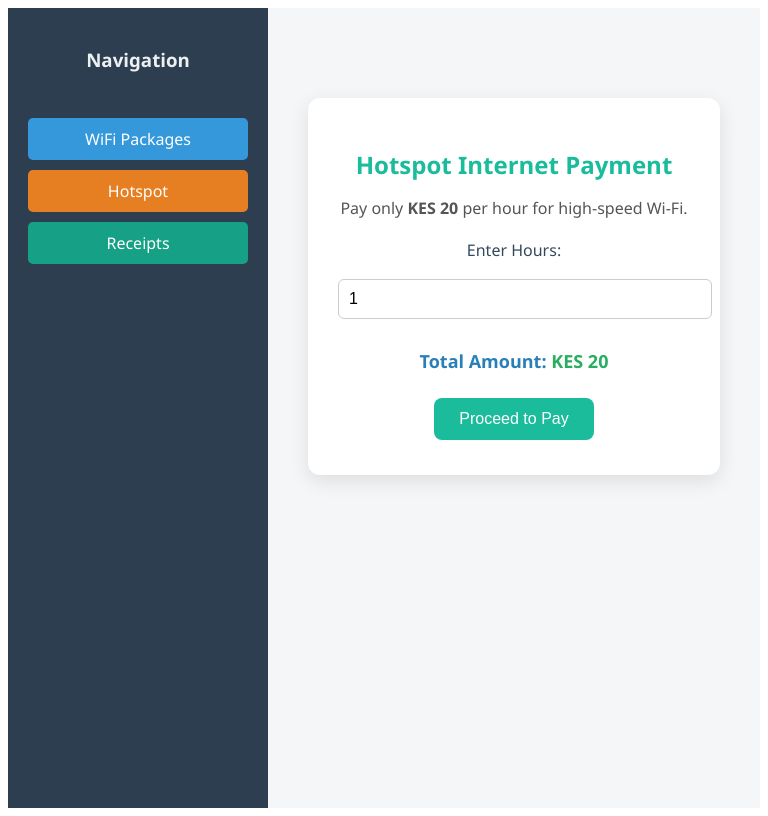
Repository: rachel648/system_Bill
Page: /hotspot (app in client/)
The author's editor kept a copy of each file at every save. The page is drawn from the files as they stood at one save, then again after the next save.
The browser window is 768 px wide. The pictures show the whole page.
The project was rebuilt for these pictures with package versions that can differ from the ones it lists, and the page was loaded fresh each time. Also part of the build but not shown: client/src/components/ServiceForm.js, client/src/Packages.js. Imported but missing from the stored project, and not drawn on this page: client/src/Receipts.

Above is the page before, as saved 2025-05-11 18:45:21.

### client/public/index.html
<!DOCTYPE html>
<html lang="en">
  <head>
    <meta charset="UTF-8" />
    <meta name="viewport" content="width=device-width, initial-scale=1.0"/>
    <title>Internet Billing System</title>
  </head>
  <body>
    <div id="root"></div>
    <!-- Add React scripts if not using Create React App -->
    <!-- <script src="https://unpkg.com/react@18/umd/react.development.js"></script>
    <script src="https://unpkg.com/react-dom@18/umd/react-dom.development.js"></script> -->
  </body>
</html>

### client/src/App.js
import React from 'react';
import { BrowserRouter as Router, Routes, Route, Link } from 'react-router-dom';
import ServiceForm from './components/ServiceForm';
import Packages from './Packages';
import Hotspot from './Hotspot';
import Receipts from './Receipts';
import './App.css';

const Navigation = () => (
  <div className="navigation">
    <h3>Navigation</h3>
    <ul>
      <li><Link to="/packages" className="link-wifi">WiFi Packages</Link></li>
      <li><Link to="/hotspot" className="link-hotspot">Hotspot</Link></li>
      <li><Link to="/receipts" className="link-receipts">Receipts</Link></li>
    </ul>
  </div>
);

const App = () => {
  return (
    <Router>
      <div>
        <Routes>
          <Route path="/" element={<ServiceForm />} />

          <Route
            path="/packages"
            element={
              <div className="app-container">
                <Navigation />
                <div className="main-content">
                  <Packages />
                </div>
              </div>
            }
          />

          <Route
            path="/hotspot"
            element={
              <div className="app-container">
                <Navigation />
                <div className="main-content">
                  <Hotspot />
                </div>
              </div>
            }
          />

          <Route
            path="/receipts"
            element={
              <div className="app-container">
                <Navigation />
                <div className="main-content">
                  <Receipts />
                </div>
              </div>
            }
          />
        </Routes>
      </div>
    </Router>
  );
};

export default App;

### client/src/Hotspot.js
import React, { useState } from 'react';
import './Hotspot.css';

const Hotspot = () => {
  const [hours, setHours] = useState(1);
  const [showModal, setShowModal] = useState(false);
  const ratePerHour = 20;
  const totalAmount = hours * ratePerHour;

  const handleInputChange = (e) => {
    const value = parseInt(e.target.value);
    if (!isNaN(value) && value >= 0) {
      setHours(value);
    } else {
      setHours(0);
    }
  };

  const handlePayClick = () => {
    if (hours > 0) {
      setShowModal(true);
    } else {
      alert("Please enter at least 1 hour.");
    }
  };

  const handleConfirmPayment = () => {
    setShowModal(false);
    alert(`Payment of KES ${totalAmount} for ${hours} hour(s) confirmed!`);
  };

  return (
    <div className="hotspot-container">
      <h2>Hotspot Internet Payment</h2>
      <p className="description">Pay only <strong>KES {ratePerHour}</strong> per hour for high-speed Wi-Fi.</p>

      <div className="input-group">
        <label htmlFor="hours">Enter Hours:</label>
        <input
          type="number"
          id="hours"
          value={hours}
          min="1"
          onChange={handleInputChange}
          placeholder="Number of hours"
        />
      </div>

      <div className="total-display">
        Total Amount: <span>KES {totalAmount}</span>
      </div>

      <button className="pay-btn" onClick={handlePayClick}>Proceed to Pay</button>

      {showModal && (
        <div className="modal">
          <div className="modal-content">
            <h3>Confirm Payment</h3>
            <p>You are about to pay <strong>KES {totalAmount}</strong> for <strong>{hours} hour(s)</strong> of hotspot access.</p>
            <button onClick={handleConfirmPayment}>Confirm</button>
            <button onClick={() => setShowModal(false)} style={{ backgroundColor: '#ccc', color: '#333' }}>Cancel</button>
          </div>
        </div>
      )}
    </div>
  );
};

export default Hotspot;

### client/src/App.css
/* Overall container for layout */
.app-container {
  display: flex;
  height: 100vh;
  font-family: 'Segoe UI', Tahoma, Geneva, Verdana, sans-serif;
}

/* Sidebar navigation */
.navigation {
  width: 220px;
  background-color: #2c3e50;
  padding: 20px;
  display: flex;
  flex-direction: column;
  align-items: center;
}

.navigation h3 {
  color: #ecf0f1;
  margin-bottom: 20px;
}

.navigation ul {
  list-style: none;
  padding: 0;
  width: 100%;
}

.navigation li {
  margin: 10px 0;
  width: 100%;
  text-align: center;
}

/* Unique colored links */
.link-wifi {
  background-color: #3498db; /* Blue */
  color: white;
  padding: 10px;
  display: block;
  text-decoration: none;
  border-radius: 5px;
}

.link-hotspot {
  background-color: #e67e22; /* Orange */
  color: white;
  padding: 10px;
  display: block;
  text-decoration: none;
  border-radius: 5px;
}

.link-receipts {
  background-color: #16a085; /* Teal */
  color: white;
  padding: 10px;
  display: block;
  text-decoration: none;
  border-radius: 5px;
}

.link-wifi:hover,
.link-hotspot:hover,
.link-receipts:hover {
  opacity: 0.85;
}

/* Main content area */
.main-content {
  flex: 1;
  padding: 40px;
  background-color: #f4f6f8;
  overflow-y: auto;
}

### client/src/Packages.css
/* Style for the cards container */
.card-container {
  display: flex;
  justify-content: space-around;
  flex-wrap: wrap;
  gap: 20px;
  padding: 20px;
}

/* Shared card styles */
.card {
  padding: 20px;
  margin: 10px;
  cursor: pointer;
  border-radius: 12px;
  text-align: center;
  width: 220px;
  color: white;
  font-weight: bold;
  box-shadow: 0 4px 10px rgba(0, 0, 0, 0.1);
  transition: transform 0.3s ease, box-shadow 0.3s ease;
}

/* Different gradient colors for each package card */
.card:nth-child(1) {
  background: linear-gradient(135deg, #6a11cb, #2575fc); /* Purple to blue */
}

.card:nth-child(2) {
  background: linear-gradient(135deg, #ff9966, #ff5e62); /* Orange to red */
}

.card:nth-child(3) {
  background: linear-gradient(135deg, #56ab2f, #a8e063); /* Green to light green */
}

.card:nth-child(4) {
  background: linear-gradient(135deg, #00c6ff, #0072ff); /* Light blue to dark blue */
}

/* Hover effect */
.card:hover {
  transform: scale(1.08);
  box-shadow: 0 10px 20px rgba(0, 0, 0, 0.2);
}

/* Modal styles */
.modal {
  position: fixed;
  top: 0;
  left: 0;
  right: 0;
  bottom: 0;
  background-color: rgba(0, 0, 0, 0.5);
  display: flex;
  justify-content: center;
  align-items: center;
}

.modal-content {
  background-color: white;
  padding: 20px;
  border-radius: 8px;
  width: 300px;
  text-align: center;
}

/* Input styles */
input {
  width: 100%;
  padding: 8px;
  margin: 10px 0;
  border: 1px solid #ccc;
  border-radius: 4px;
}

/* Button styles */
button {
  padding: 10px;
  background-color: #4CAF50;
  color: white;
  border: none;
  border-radius: 4px;
  cursor: pointer;
  margin: 5px;
}

button:hover {
  background-color: #45a049;
}

### client/src/Hotspot.css
.hotspot-container {
  background-color: #ffffff;
  padding: 30px;
  border-radius: 12px;
  box-shadow: 0 6px 20px rgba(0, 0, 0, 0.1);
  max-width: 450px;
  margin: 50px auto;
  font-family: 'Segoe UI', Tahoma, Geneva, Verdana, sans-serif;
  text-align: center;
  color: #2c3e50;
}

.hotspot-container h2 {
  color: #1abc9c;
  margin-bottom: 10px;
}

.description {
  font-size: 16px;
  margin-bottom: 20px;
  color: #555;
}

.input-group {
  margin: 20px 0;
}

.input-group label {
  display: block;
  margin-bottom: 8px;
  font-weight: 500;
  color: #34495e;
}

.input-group input {
  width: 100%;
  padding: 10px;
  font-size: 16px;
  border-radius: 6px;
  border: 1px solid #ccc;
  transition: border-color 0.3s ease;
}

.input-group input:focus {
  border-color: #1abc9c;
  outline: none;
}

.total-display {
  font-size: 18px;
  margin-top: 20px;
  font-weight: bold;
  color: #2980b9;
}

.total-display span {
  color: #27ae60;
}

.pay-btn {
  margin-top: 25px;
  padding: 12px 25px;
  background-color: #1abc9c;
  color: white;
  font-size: 16px;
  border: none;
  border-radius: 8px;
  cursor: pointer;
  transition: background 0.3s ease;
}

.pay-btn:hover {
  background-color: #16a085;
}

Loaded but not shown: client/src/index.js (common file)

After the next save:
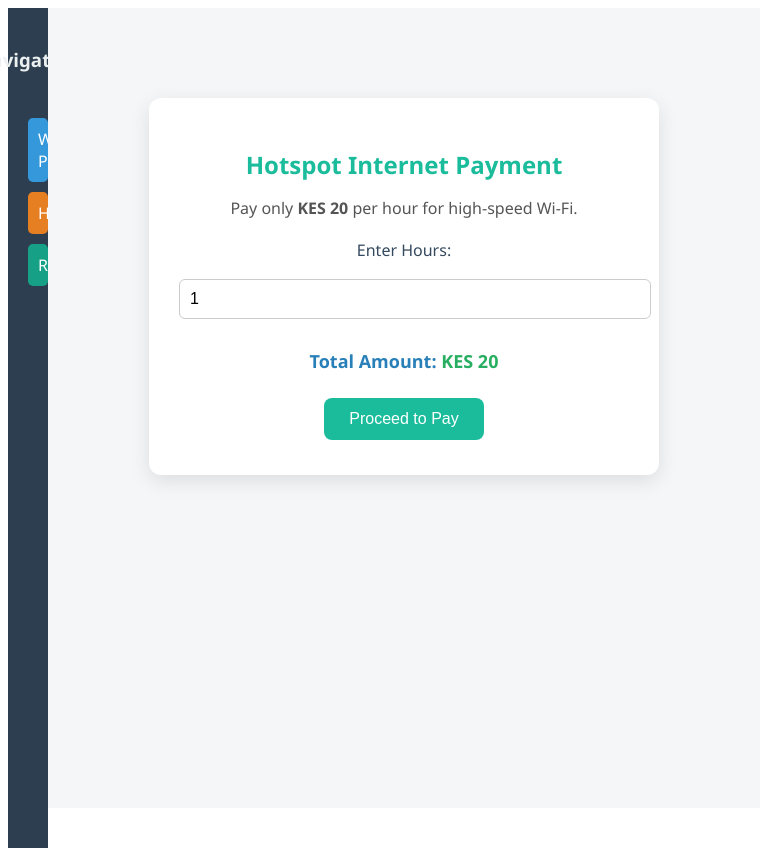
Saved 36 min 25 s later.
--- a/client/src/App.css
+++ b/client/src/App.css
@@ -13,6 +13,13 @@
   display: flex;
   flex-direction: column;
   align-items: center;
+  transition: width 0.3s ease;
+}
+
+.navigation.closed {
+  width: 0;
+  padding: 0;
+  overflow: hidden;
 }
 
 .navigation h3 {
@@ -73,3 +80,39 @@
   background-color: #f4f6f8;
   overflow-y: auto;
 }
+
+/* Hamburger menu button */
+.nav-toggle {
+  font-size: 30px;
+  background: none;
+  border: none;
+  color: white;
+  cursor: pointer;
+  padding: 10px;
+  position: absolute;
+  top: 20px;
+  left: 20px;
+}
+
+/* Responsive adjustments for mobile view */
+@media (max-width: 768px) {
+  .navigation {
+    width: 0;
+    height: 100vh;
+  }
+
+  .navigation.open {
+    width: 200px; /* Adjust width on mobile */
+  }
+
+  .nav-toggle {
+    position: fixed;
+    top: 20px;
+    left: 20px;
+    z-index: 1000;
+  }
+
+  .main-content {
+    margin-left: 0;
+  }
+}

After the save that followed:
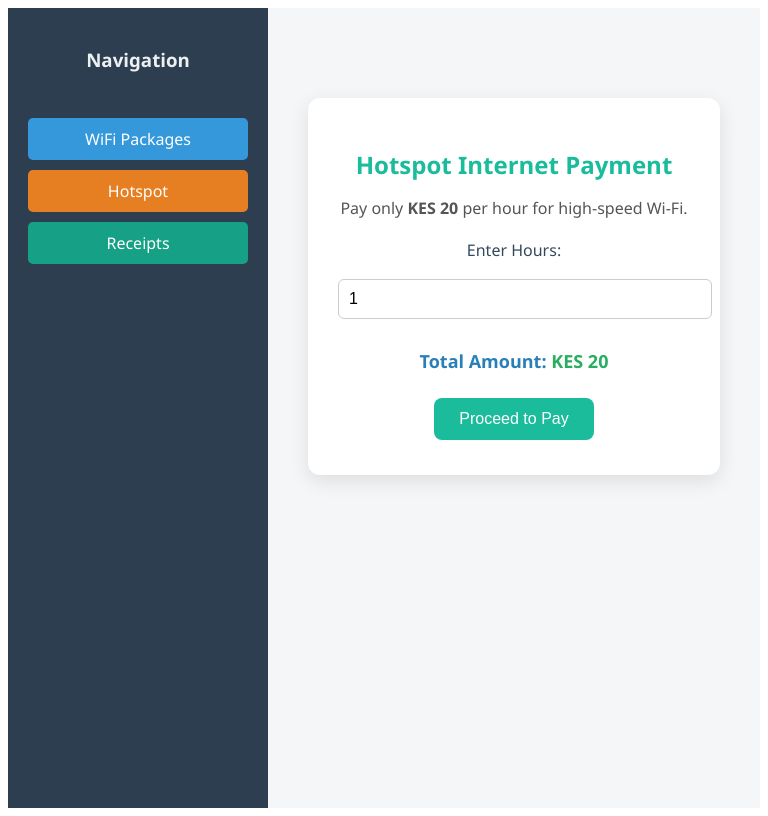
Saved 11 s later.
--- a/client/src/App.css
+++ b/client/src/App.css
@@ -13,13 +13,6 @@
   display: flex;
   flex-direction: column;
   align-items: center;
-  transition: width 0.3s ease;
-}
-
-.navigation.closed {
-  width: 0;
-  padding: 0;
-  overflow: hidden;
 }
 
 .navigation h3 {
@@ -80,39 +73,3 @@
   background-color: #f4f6f8;
   overflow-y: auto;
 }
-
-/* Hamburger menu button */
-.nav-toggle {
-  font-size: 30px;
-  background: none;
-  border: none;
-  color: white;
-  cursor: pointer;
-  padding: 10px;
-  position: absolute;
-  top: 20px;
-  left: 20px;
-}
-
-/* Responsive adjustments for mobile view */
-@media (max-width: 768px) {
-  .navigation {
-    width: 0;
-    height: 100vh;
-  }
-
-  .navigation.open {
-    width: 200px; /* Adjust width on mobile */
-  }
-
-  .nav-toggle {
-    position: fixed;
-    top: 20px;
-    left: 20px;
-    z-index: 1000;
-  }
-
-  .main-content {
-    margin-left: 0;
-  }
-}
